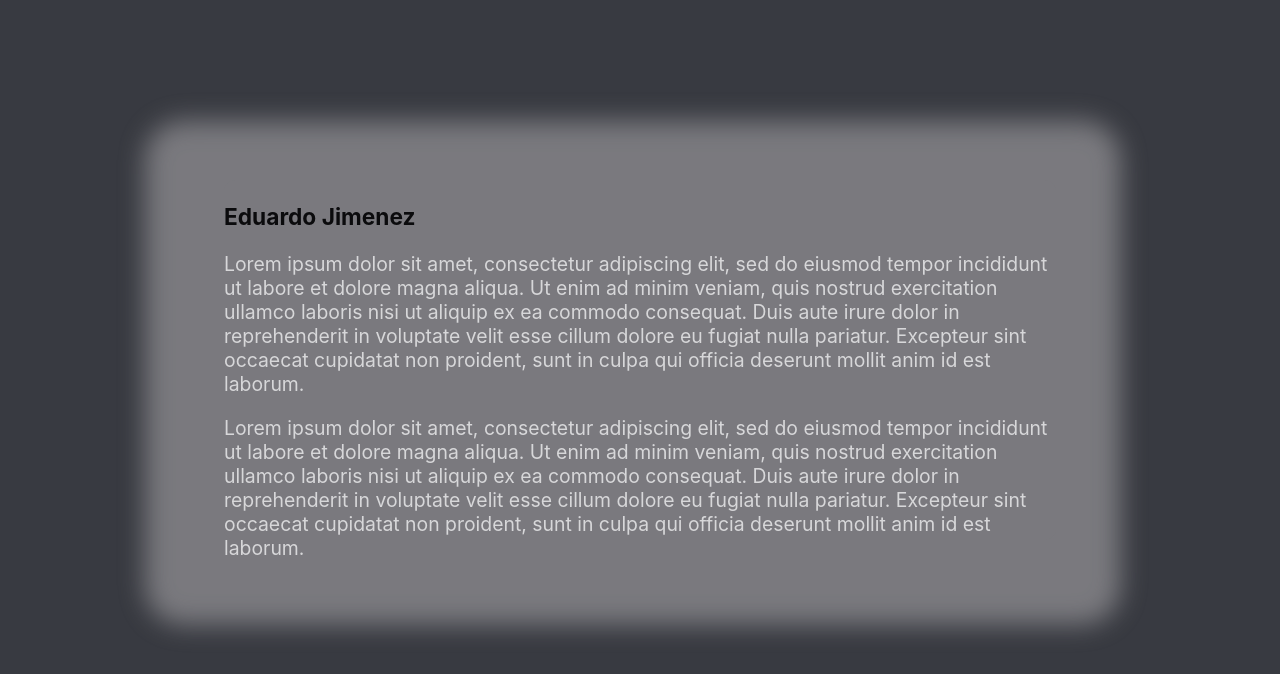
Repository: l8nightswithJS/react-my-portfolio
Page: /
These files come from the project's save history. The page is drawn as it stood at one moment and after the next save; the edit follows.
The browser window is 1280 px wide. The pictures show the whole page.
The project was rebuilt for these pictures with package versions that can differ from the ones it lists, and the page was loaded fresh each time.

Above is the page before, as saved 2021-04-29 12:45:36.

After the next save:
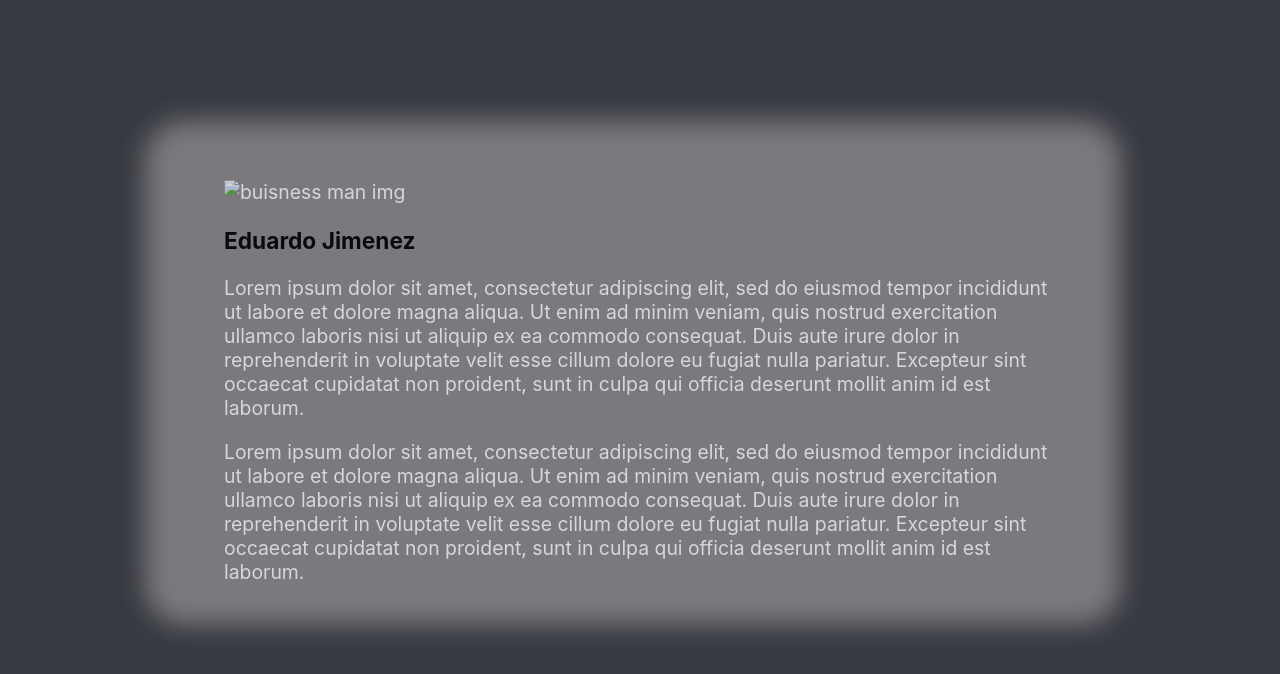
Not found: images/buisnessman.png
Saved 8 min 44 s later.
--- a/src/pages/splashPage.js
+++ b/src/pages/splashPage.js
@@ -6,8 +6,8 @@ function SplashPage() {
             <header className="App-header">
                 <section>
                     <article>
+                        <img src="../images/buisnessman.png" alt="buisness man img"/>
                         <h1>Eduardo Jimenez</h1>
-
                         <p>Lorem ipsum dolor sit amet, consectetur adipiscing elit, sed do eiusmod tempor incididunt ut labore et dolore magna aliqua. Ut enim ad minim veniam, quis nostrud exercitation ullamco laboris nisi ut aliquip ex ea commodo consequat. Duis aute irure dolor in reprehenderit in voluptate velit esse cillum dolore eu fugiat nulla pariatur. Excepteur sint occaecat cupidatat non proident, sunt in culpa qui officia deserunt mollit anim id est laborum.</p>
 
                         <p>Lorem ipsum dolor sit amet, consectetur adipiscing elit, sed do eiusmod tempor incididunt ut labore et dolore magna aliqua. Ut enim ad minim veniam, quis nostrud exercitation ullamco laboris nisi ut aliquip ex ea commodo consequat. Duis aute irure dolor in reprehenderit in voluptate velit esse cillum dolore eu fugiat nulla pariatur. Excepteur sint occaecat cupidatat non proident, sunt in culpa qui officia deserunt mollit anim id est laborum.</p>
